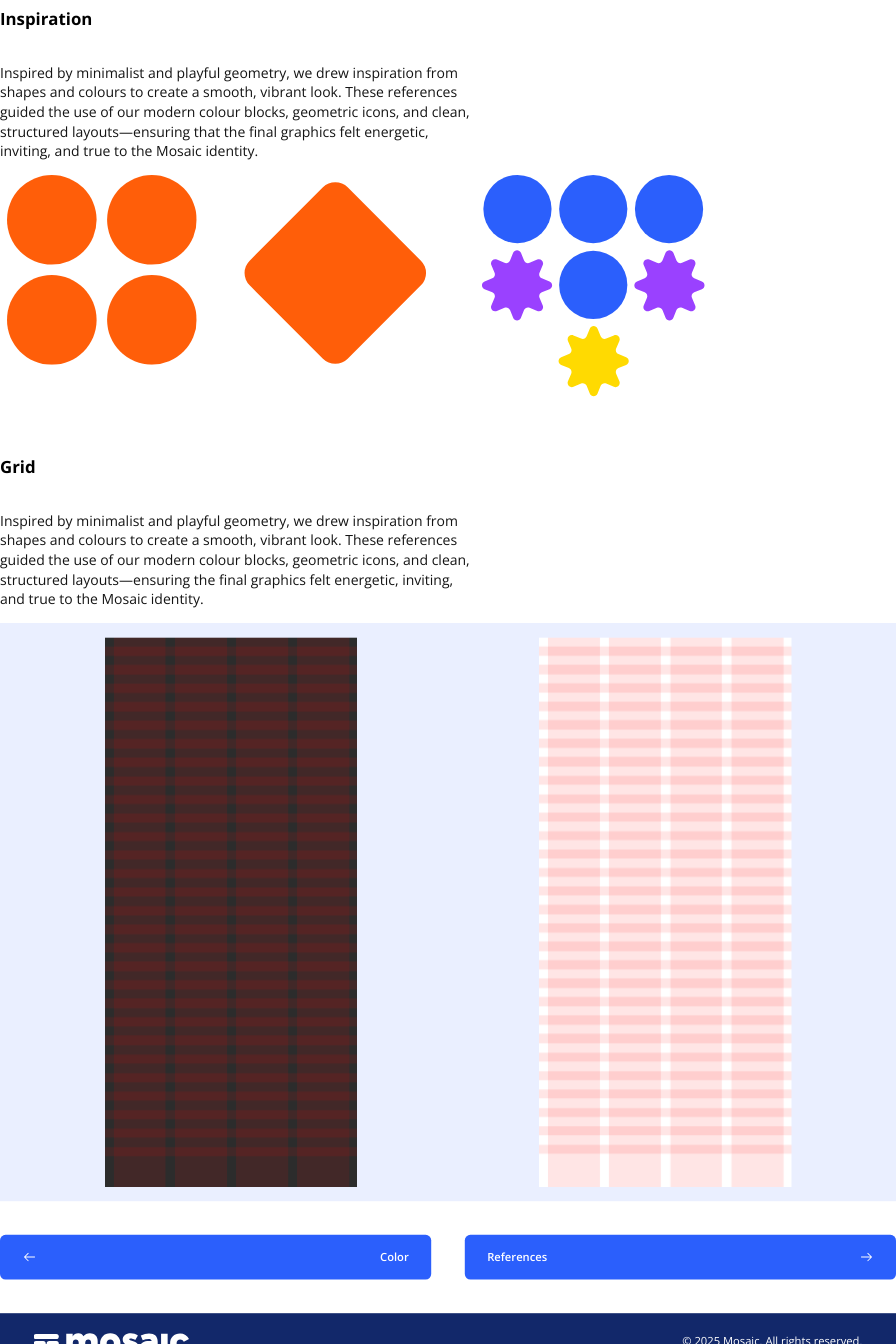
Repository: brunaguarizo/MDIA2109_Mosaic
Page: graphics.html
An editor plug-in stored every save of this project. The page is shown before and after the next save, followed by the edit.
The browser window is 1280 px wide. The pictures show the part of the page from y = 920 to 2840 px (the page is 2876 px tall before and 3161 px after), at 70% of full size.
Some web fonts or font styles are not loaded; a fallback is used.

Above is the page before, as saved 2025-04-07 19:32:59.

After the next save:
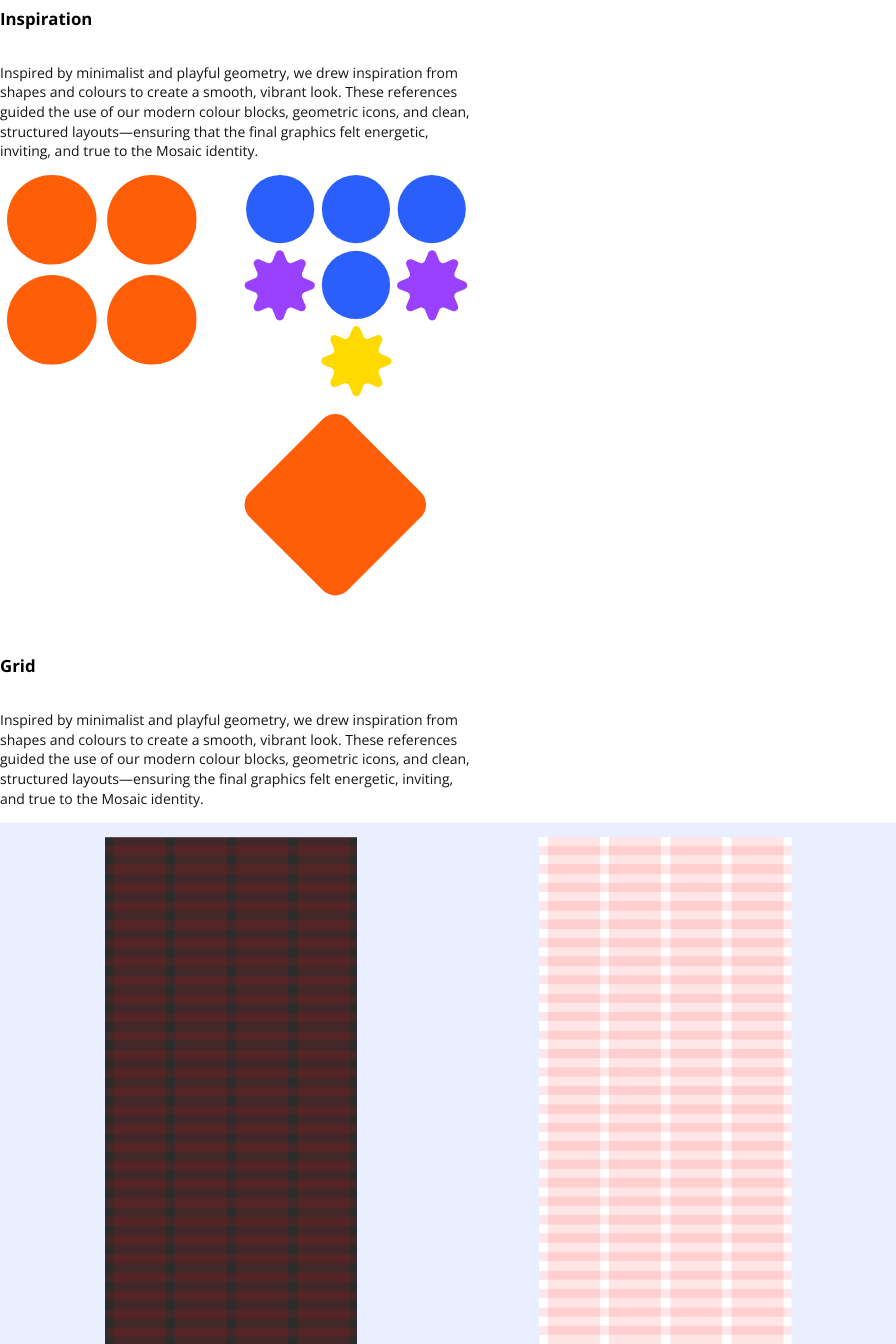
Saved 2 min 20 s later.
--- a/graphics.html
+++ b/graphics.html
@@ -56,12 +56,13 @@
                 <div class="graphic-item_Circles">
                     <img src="img/graphics/Circles.svg">
                 </div>
+                <div class="graphic-item_Miscalenous">
+                    <img src="img/graphics/Miscalenous.svg">
+                </div>
                 <div class="graphic-item_Diamonds">
                     <img src="img/graphics/Diamonds.svg">
                 </div>
-                <div class="graphic-item_Miscalenous">
-                    <img src="img/graphics/Miscalenous.svg">
-                </div>
+
 
             </div>
             <div class="content-block__Grids">
